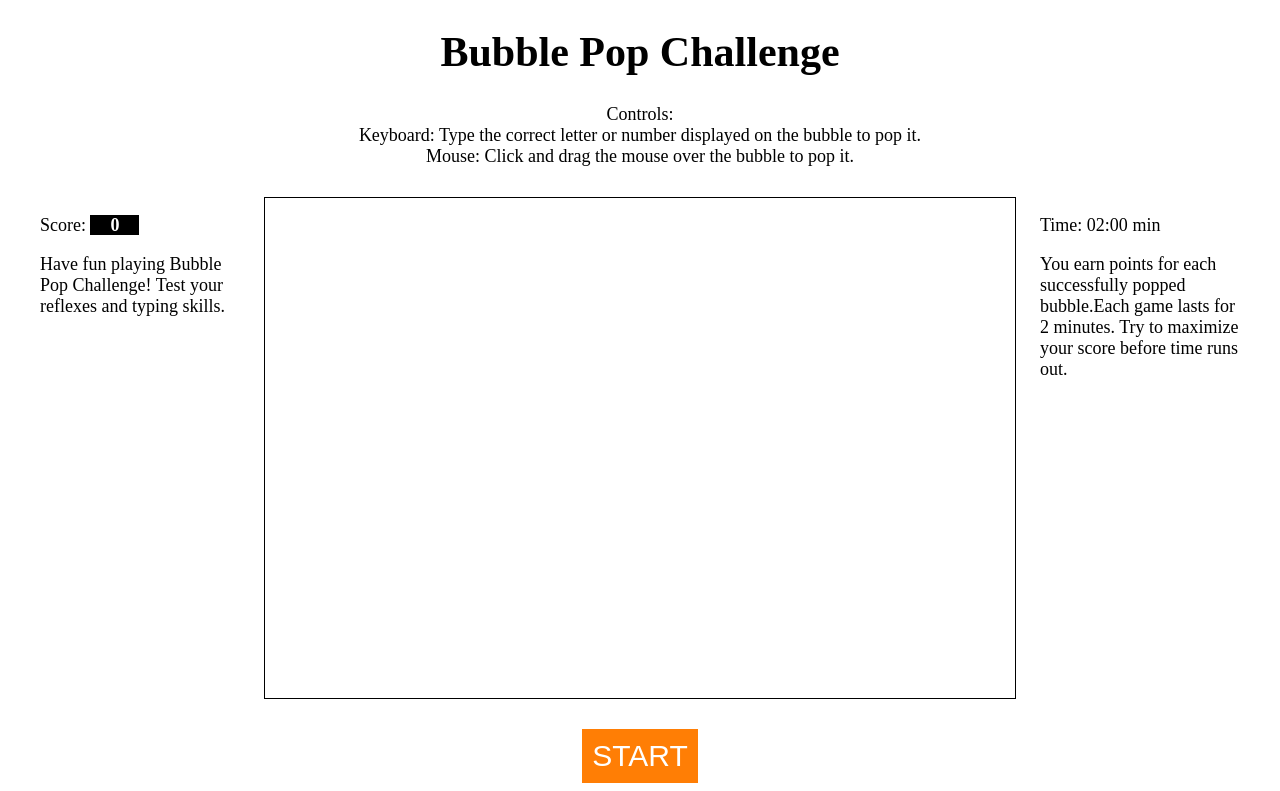
Repository: TianJunShi1/imw-2023
Page: index.html
These files come from the project's save history. The page is drawn as it stood at one moment and after the next save; the edit follows.
The browser window is 1280 px wide. The pictures show the whole page.

Above is the page before, as saved 2024-03-25 09:48:00.

### index.html
<!DOCTYPE html>
<html>

<head>
  <title>Bubble Pop Challenge</title>
  <style>
    .box {
      width: 1200px;
      margin: 0 auto;
      text-align: center;
    }

    h1 {
      font-size: 42px;
    }

    .bubblePre {
      width: 600px;
      margin: 0 auto;
    }

    .main {
      display: flex;
      align-items: flex-start;
      justify-content: space-between;
      margin-top: 30px;
    }

    .left,
    .right {
      width: 200px;
    }

    p {
      font-size: 18px;
    }

    .margin0 {
      margin: 0;
    }

    #score {
      padding: 0 20px;
      background-color: #000;
      color: #fff;
      font-weight: bold;
    }

    .left p,
    .right p {
      text-align: left;
    }

    canvas {
      border: 1px solid black;
    }

    button {
      margin-top: 30px;
      background-color: #ff7e05;
      padding: 10px;
      color: #fff;
      border: none;
      cursor: pointer;
      font-size: 30px;
    }
  </style>
</head>

<body>
  <div class="box">
    <h1>Bubble Pop Challenge</h1>
    <div class="bubblePre">
      <p class="margin0">Controls:</p>
      <p class="margin0">
        Keyboard: Type the correct letter or number displayed on the bubble to pop it.
        Mouse: Click and drag the mouse over the bubble to pop it.</p>
    </div>
    <div class="main">
      <div class="left">
        <p>Score: <span id="score">0</span></p>
        <p>Have fun playing Bubble Pop Challenge! Test your reflexes and typing skills.</p>
      </div>
      <canvas id="canvasEle"></canvas>
      <div class="right">
        <p>Time: <span id="time">02:00</span> min</p>
        <p>You earn points for each successfully popped bubble.Each game lasts for 2 minutes. Try to maximize your score
          before time runs out.</p>
      </div>
    </div>
    <button id="start">START</button>
  </div>

  <script src="index.js"></script>
</body>

</html>

### index.js
// 定义游戏状态变量
var score = 0  //定义分数
var bubbles = []  //生成泡泡绘制组成的数组
var time = 120  //定义时间
var keyPressed = ""  //键盘按下
var w = 750  // 设置宽
var h = 500  // 设置高
var timer  //设置定时器默认值
var speedFactor = 0.5 // 减少这个值会使泡泡移动得更慢

// 随机生成泡泡
var o1 = {
  radius: 30,  //半径
  c: 100,  //颜色
  clicked: false,  //是否被点击
  change: { c: 10 }
}

const canvas = document.getElementById("canvasEle")  // 获取 canvas 元素并创建绘图上下文
const ctx = canvas.getContext("2d")
canvas.width = w  // 设置宽
canvas.height = h  // 设置高


// 监听键盘按键事件
document.onkeydown = function (event) {
  keyPressed = event.key.toUpperCase() // 记录按下的键
}

// 监听鼠标点击事件
canvas.onmousedown = function (event) {
  const rect = canvas.getBoundingClientRect()
  const mouseX = event.clientX - rect.left
  const mouseY = event.clientY - rect.top
  for (let i = 0; i < bubbles.length; i++) {
    if (isPointInsideBubble(mouseX, mouseY, bubbles[i])) {
      if (bubbles[i].type === "shape") {
        bubbles[i].clicked = true
      }
    }
  }
}
// 开始游戏按钮点击事件
document.getElementById("start").onclick = function () {
  // 开始游戏了设置禁止再点击start按钮
  document.getElementById("start").setAttribute("disabled", true)
  update()
  generateBubble(4)
  timer = setInterval(updateTimer, 1000)  // 每秒调用一次 updateTimer 函数
}


// 更新游戏状态
function update () {
  // 清空画布
  ctx.clearRect(0, 0, w, h)

  // 绘制泡泡
  for (let i = 0; i < bubbles.length; i++) {
    const o = bubbles[i]

    // 绘制泡泡
    drawBubbles(o)

    // 绘制泡泡内的内容
    if (o.type === "text") {  //文字
      drawBubblesText(o)
    } else if (o.type === "shape") { //图形
      drawBubblesShape(o)
    }

    // 判断泡泡是否被点击或按下正确的键
    if ((o.clicked && o.type === "shape") || (o.type === "text" && o.content === keyPressed)) {
      bubbles.splice(i, 1)  //删除已经正确的
      i--
      score += 1  //正确的+1
      generateBubble(randZeroOrOne()) // 生成新的泡泡
      break // 只在点击一个泡泡后生成一个新的泡泡
    }

    // 检查泡泡是否碰到边界
    bounce(o)

    // 更新泡泡的位置
    o.x += o.dx
    o.y += o.dy
  }

  // 得分
  document.getElementById("score").innerHTML = score

  // 请求下一帧更新
  requestAnimationFrame(update)
}

// 更新剩余时间
function updateTimer () {
  const minutes = Math.floor(time / 60) // 计算剩余分钟数
  const seconds = time % 60 // 计算剩余秒数

  // 格式化时间为 mm:ss 的形式
  const formatTime = `${minutes.toString().padStart(2, '0')}:${seconds.toString().padStart(2, '0')}`
  // 更新时间显示
  document.getElementById("time").innerHTML = formatTime

  if (time <= -1) {
    clearInterval(timer) // 清除定时器
    endGame() // 结束游戏逻辑
  }
  time-- // 时间减少1秒
}

function endGame () {  //结束游戏
  // 弹出得分结果
  alert(`Game Over!\nYour Score: ${score}`)
  location.reload()
  document.getElementById("start").setAttribute("disabled", false)
  return
}

// 绘制泡泡
function drawBubbles (o) {
  // 当泡泡类型为 'shape' 时，不绘制外围的圆形泡泡
  if (o.type === 'text') {
    ctx.beginPath()
    ctx.arc(o.x, o.y, o.radius, 0, Math.PI * 2)
    ctx.fillStyle = o.color
    ctx.fill()
  }
}

// 绘制泡泡里面的文字
function drawBubblesText (o) {
  ctx.font = "20px Arial"
  ctx.fillStyle = "white"
  ctx.fontWeight = "bold"
  ctx.textAlign = "center"
  ctx.fillText(o.content, o.x, o.y + 6)
}

// 绘制泡泡里面的图形
function drawBubblesShape (o) {
  ctx.beginPath()
  if (o.content == 'circle') {
    ctx.arc(o.x, o.y, o.radius, 0, Math.PI * 2)
  } else if (o.content == 'square') {
    ctx.rect(o.x - o.radius, o.y - o.radius, o.radius * 2, o.radius * 2)
  } else if (o.content == 'rectangle') {
    ctx.rect(o.x - o.radius, o.y - o.radius / 2, o.radius * 2, o.radius)
  } else if (o.content == 'triangle') {
    ctx.moveTo(o.x, o.y - o.radius)
    ctx.lineTo(o.x + o.radius, o.y + o.radius)
    ctx.lineTo(o.x - o.radius, o.y + o.radius)
    ctx.closePath()
  } else if (o.content == 'diamond') {
    ctx.beginPath()
    ctx.moveTo(o.x, o.y - o.radius) // 上顶点
    ctx.lineTo(o.x + o.radius, o.y) // 右顶点
    ctx.lineTo(o.x, o.y + o.radius) // 下顶点
    ctx.lineTo(o.x - o.radius, o.y) // 左顶点
    ctx.closePath()
    ctx.fill()
  }
  ctx.fillStyle = o.color
  ctx.fill()
}

// 检查泡泡是否碰到边界
function bounce (o) {
  if (o.x - o.radius <= 0 || o.x + o.radius >= canvas.width) {
    o.dx *= -1
  }
  if (o.y - o.radius <= 0 || o.y + o.radius >= canvas.height) {
    o.dy *= -1
  }
}

// 判断点是否在泡泡内部
function isPointInsideBubble (x, y, o) {
  const dx = x - o.x
  const dy = y - o.y
  return dx * dx + dy * dy <= o.radius * o.radius
}

// num 生成的个数
function generateBubble (num) {
  for (let i = 0; i < num; i++) {  //文字
    let c = o1.change.c += o1.c
    const bubble = {
      x: rand() * (w - 60) + 30, // 随机位置，确保不会碰到边界
      y: rand() * (h - 60) + 30,
      radius: o1.radius,  //半径
      color: 'hsla(' + c + ', 100%, 50%, 1)',  //颜色
      content: getRandomTextContent(),  //内容
      type: "text",  //类型-文字
      clicked: o1.clicked,  //是否被点击
      dx: (rand() * 4 - 2) * speedFactor, // x 方向的速度
      dy: (rand() * 4 - 2) * speedFactor, // y 方向的速度
    }
    bubbles.push(bubble)
  }
  //设置的规则是每消除一个，再生成1个，
  // 控制当随机生成的文字泡泡是1的时候，也就是生成文字泡泡，不生成图形泡泡了
  if (num != 1) {
    let c = o1.change.c += o1.c
    const shapeBubble = {  //图形
      x: rand() * (w - 60) + 30, // 随机位置，确保不会碰到边界
      y: rand() * (h - 60) + 30,
      radius: o1.radius,  //半径
      color: 'hsla(' + c + ', 100%, 50%, 1)',  //颜色
      content: getRandomShapeContent(),  //图形
      type: "shape",
      clicked: o1.clicked,  //是否被点击
      dx: (rand() * 4 - 2) * speedFactor, // x 方向的速度
      dy: (rand() * 4 - 2) * speedFactor, // y 方向的速度
    }
    bubbles.push(shapeBubble)
  }
}



// 随机生成数字或字母
function getRandomTextContent () {
  var letters = "ABCDEFGHIJKLMNOPQRSTUVWXYZ0123456789"
  var randomIndex = Math.floor(Math.random() * letters.length)
  return letters[randomIndex]
}

// 随机生成图形
function getRandomShapeContent () {
  const shapes = ["circle", "square", "rectangle", "triangle", "diamond"]
  const randomIndex = Math.floor(Math.random() * shapes.length)
  return shapes[randomIndex]
}

// 生成随机值
function rand () {
  return Math.random()
}

// 生成随机值，0或者1
function randZeroOrOne () {
  return Math.random() > 0.5 ? 1 : 0
}

After the next save:
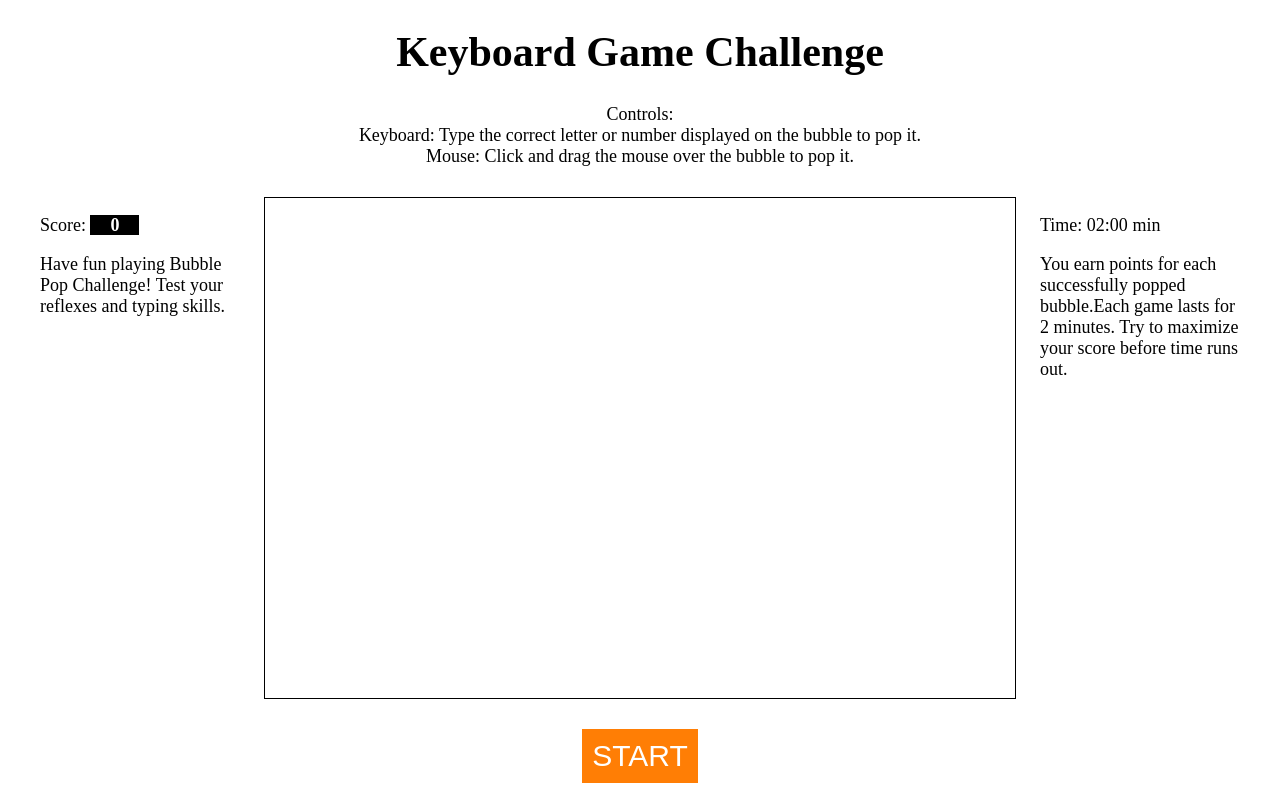
Saved 119 s later.
--- a/index.html
+++ b/index.html
@@ -69,7 +69,7 @@
 
 <body>
   <div class="box">
-    <h1>Bubble Pop Challenge</h1>
+    <h1>Keyboard Game Challenge</h1>
     <div class="bubblePre">
       <p class="margin0">Controls:</p>
       <p class="margin0">
